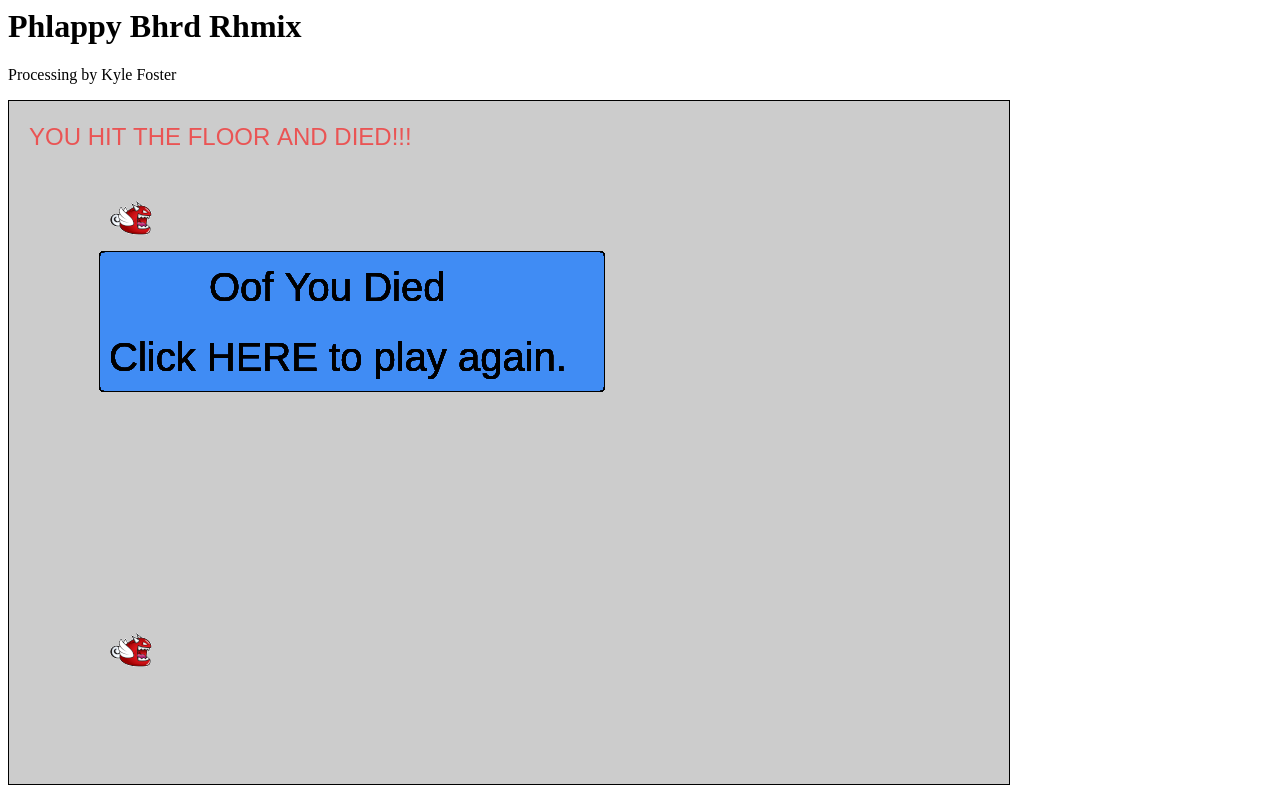
Repository: Kylefostertaz/Kylefostertaz.github.io
Page: flappy_bird.html
The author's editor kept a record of every edit. The page is drawn from the files as they stood at one moment, then again after the next edit.
The browser window is 1280 px wide. The pictures show the whole page.

Above is the page before.

After the next edit:
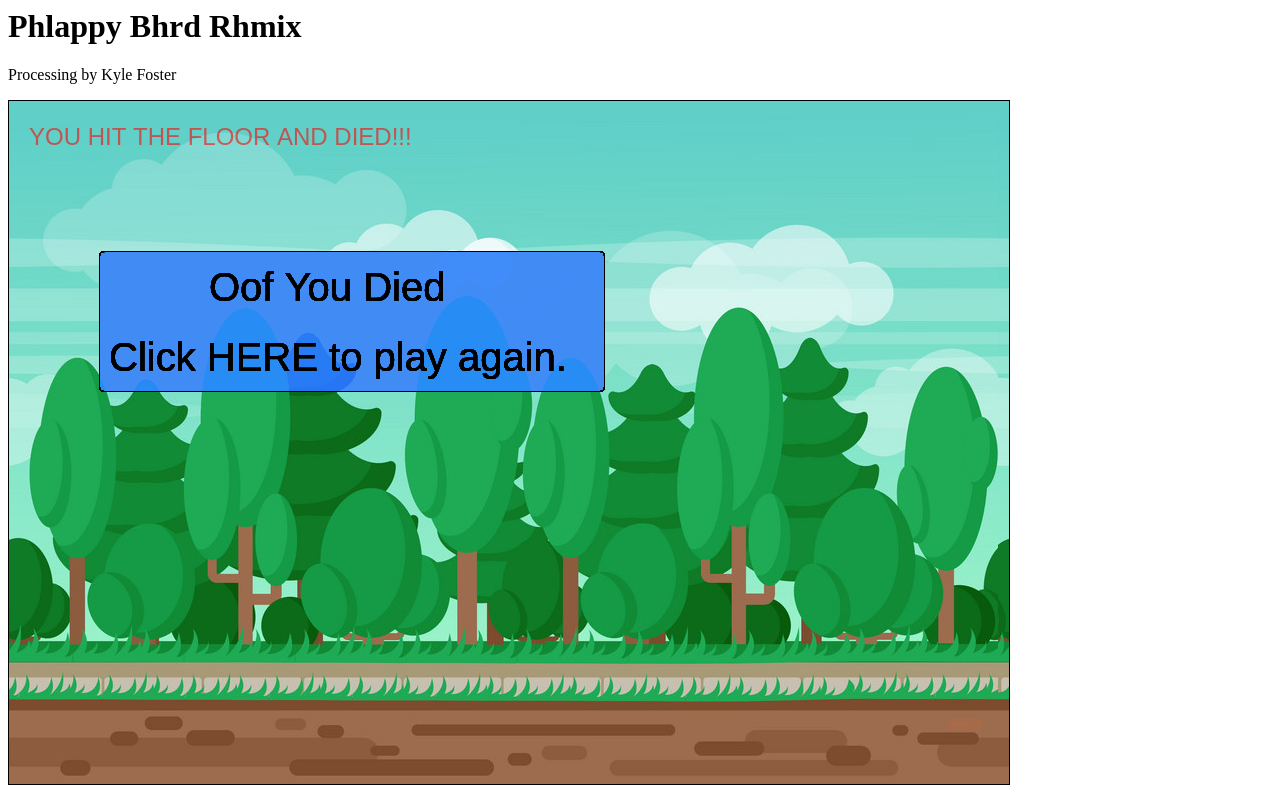
The edit:
--- a/flappy_bird.html
+++ b/flappy_bird.html
@@ -77,7 +77,7 @@
   else
  if(gameState==0)
   {
-//    setBg();
+ setBg();
 
 //    setPipes();
     bird();
